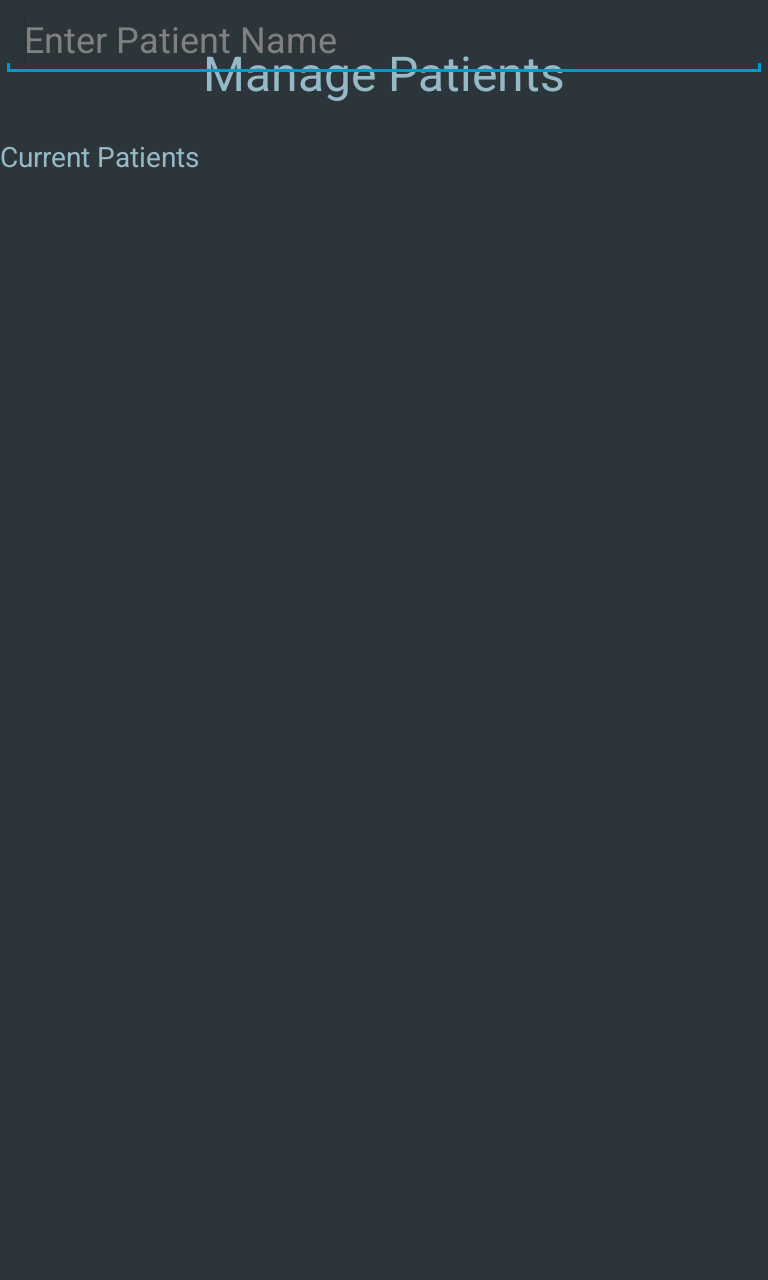
Repository: davidwiggy/MyWeek
Layout: MyWeek/res/layout/manage_clients.xml
The author's editor kept a copy of each file at every save. The layout is drawn from the files as they stood at one save, then again after the next save.
It is drawn on a 768 x 1280 px phone screen (xhdpi) without system bars, with theme AppTheme; the app's code is not run. Lists and similar views that code fills are empty.

Above is the layout before, as saved 2013-10-28 21:20:49.

After the next save:
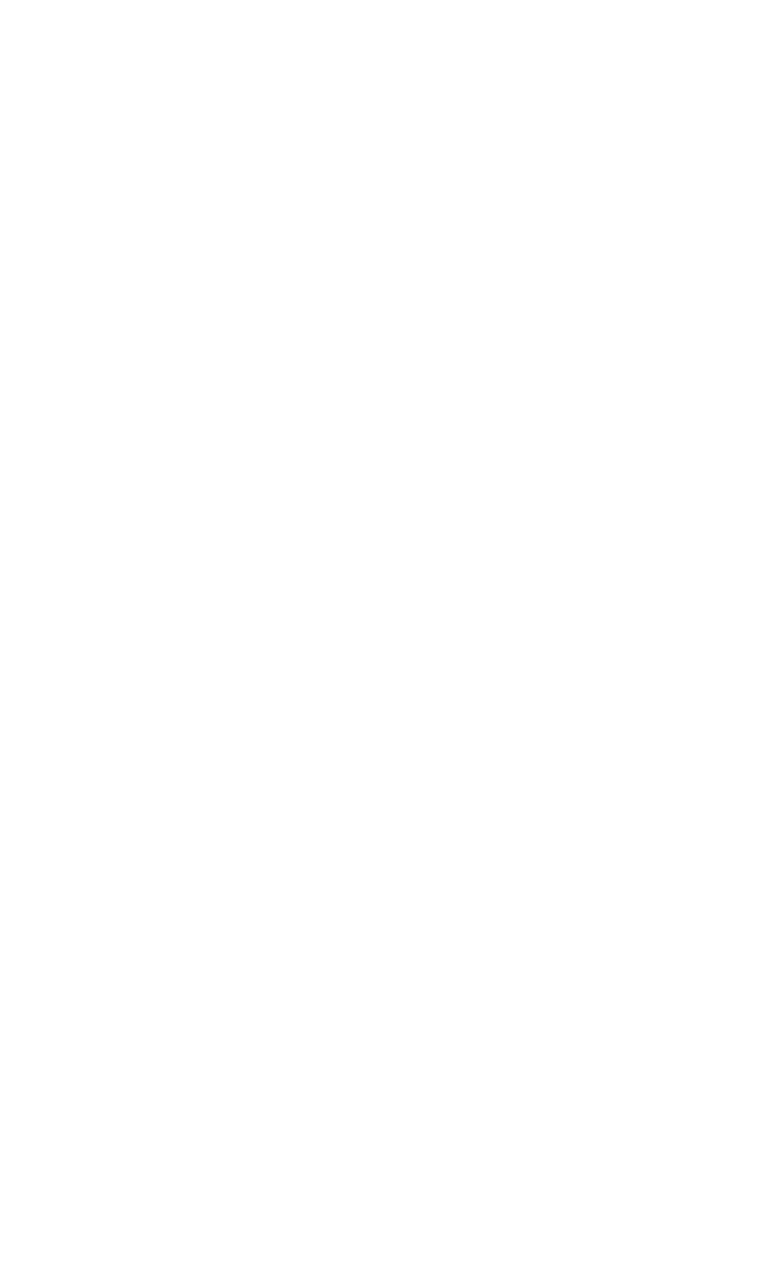
Saved 28 s later.
--- a/MyWeek/res/layout/manage_clients.xml
+++ b/MyWeek/res/layout/manage_clients.xml
@@ -37,6 +37,7 @@
 			android:id="@+id/enter_patient_name"
 			android:layout_height="wrap_content"
 			android:layout_width="match_parent"
+			android:layout_below="@android:id/list"
 			android:hint="Enter Patient Name"
 			android:inputType="textPersonName">
 			<requestFocus></requestFocus>

After the save that followed:
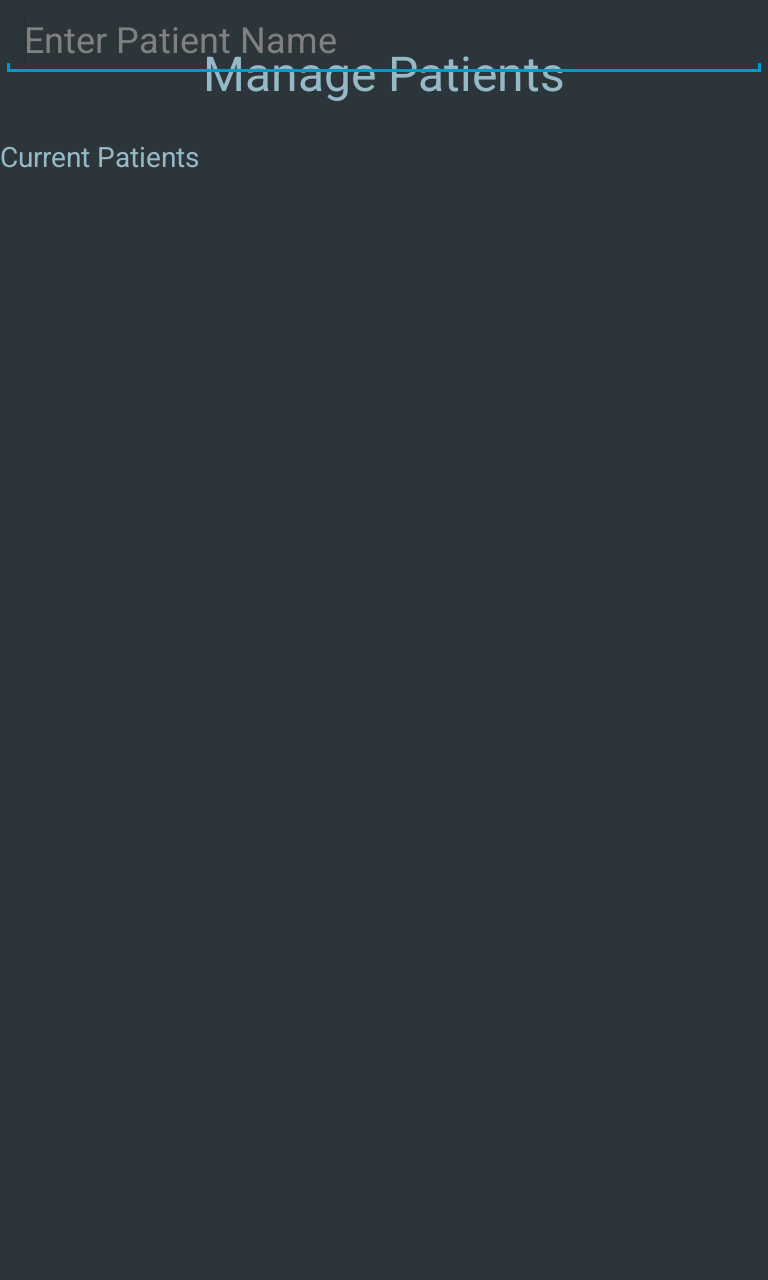
Saved 23 s later.
--- a/MyWeek/res/layout/manage_clients.xml
+++ b/MyWeek/res/layout/manage_clients.xml
@@ -37,7 +37,6 @@
 			android:id="@+id/enter_patient_name"
 			android:layout_height="wrap_content"
 			android:layout_width="match_parent"
-			android:layout_below="@android:id/list"
 			android:hint="Enter Patient Name"
 			android:inputType="textPersonName">
 			<requestFocus></requestFocus>
